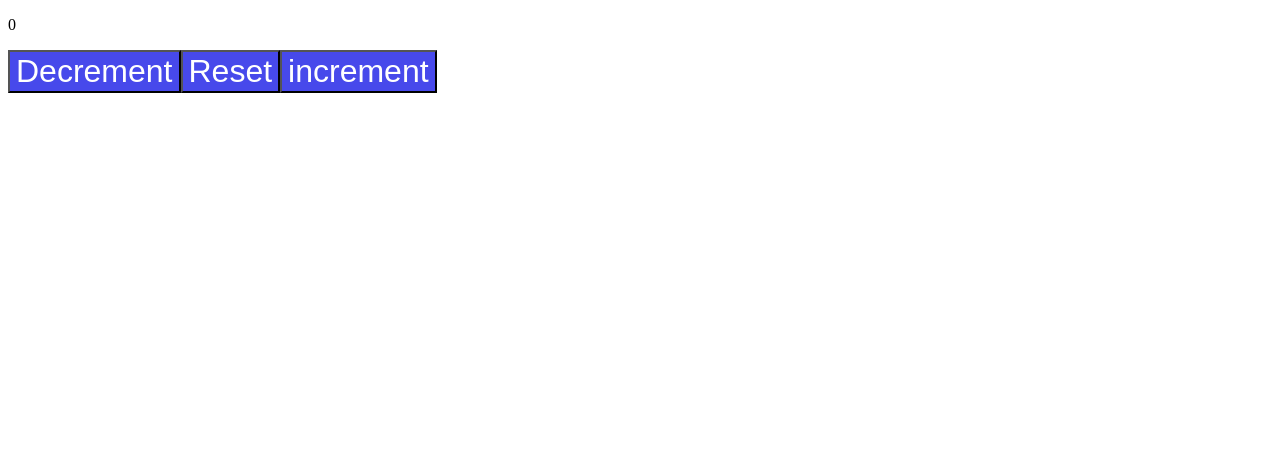
Repository: wakoya-tech/my-react-practice
Page: /
These files come from the project's save history. The page is drawn as it stood at one moment and after the next save; the edit follows.
The browser window is 1280 px wide. The pictures show the whole page.
The project was rebuilt for these pictures with package versions that can differ from the ones it lists, and the page was loaded fresh each time. Also part of the build but not shown: vite.config.js.

Above is the page before, as saved 2025-10-02 11:23:55.

After the next save:
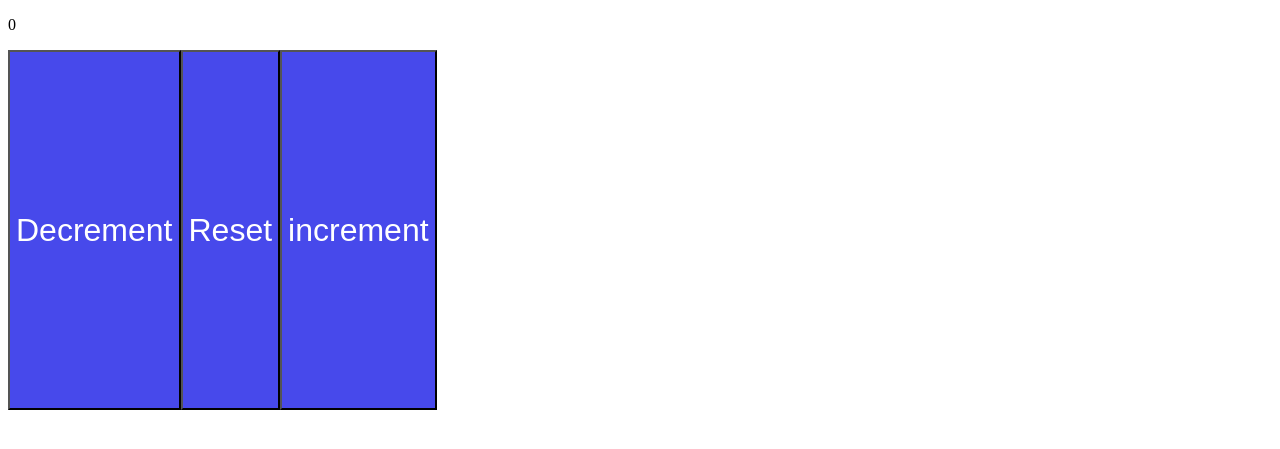
Saved 18 s later.
--- a/src/index.css
+++ b/src/index.css
@@ -4,4 +4,5 @@
   text-align: center;
   color: #fff;
   align-items: center;
+  height: 50vh;
 }

After the save that followed:
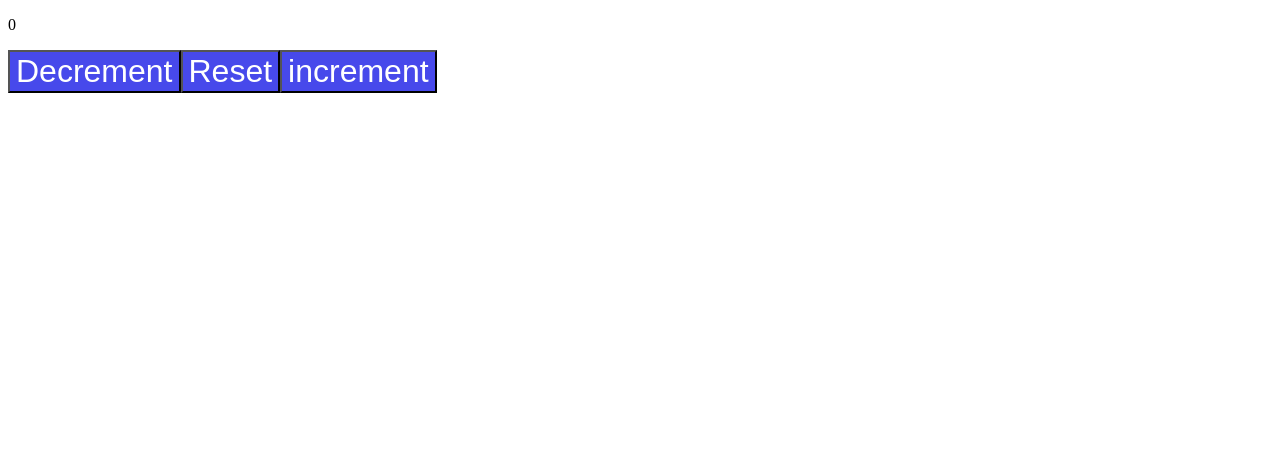
Saved 24 s later.
--- a/src/index.css
+++ b/src/index.css
@@ -4,5 +4,5 @@
   text-align: center;
   color: #fff;
   align-items: center;
-  height: 50vh;
+  justify-items: center;
 }
